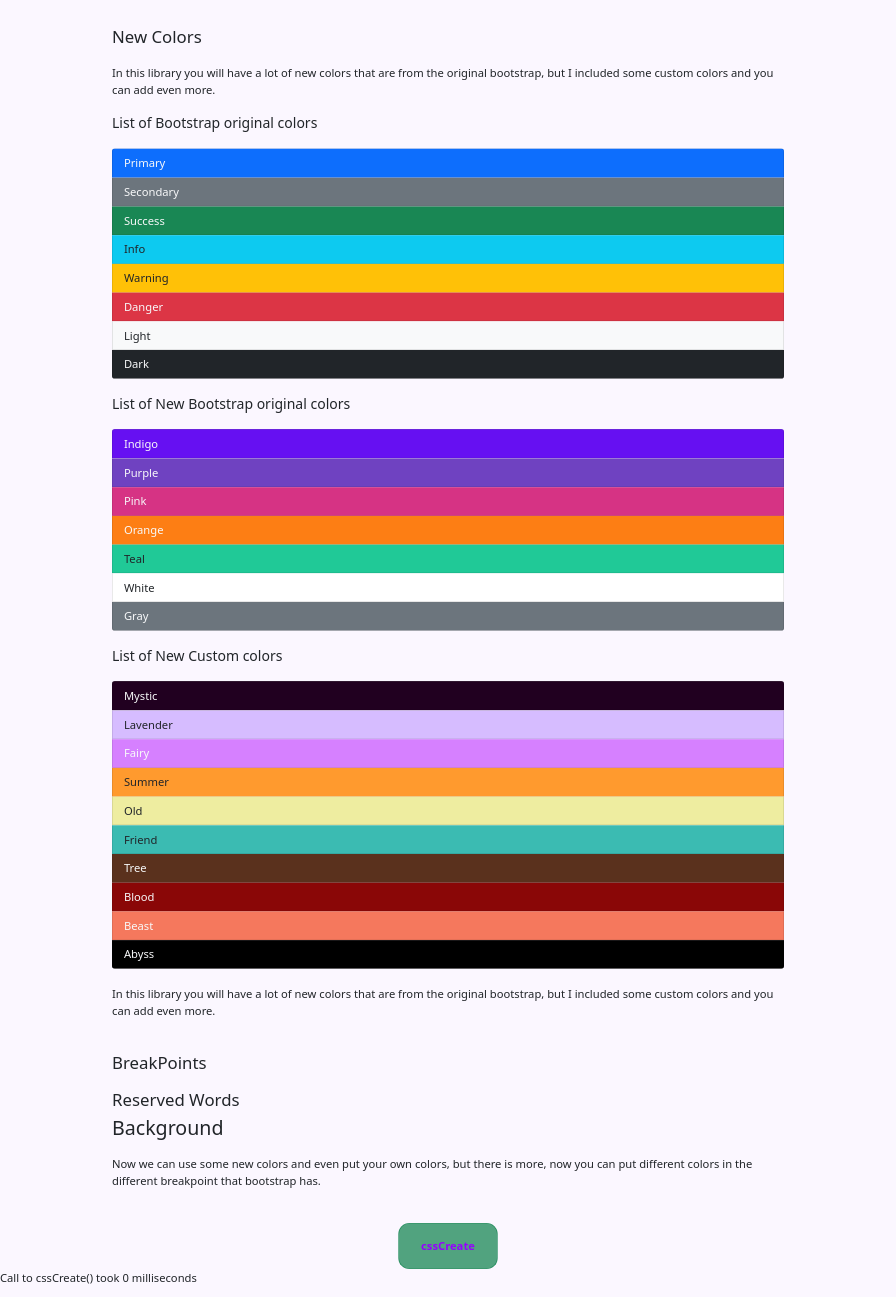
Repository: LynxPardelle/bootstrap-expanded-features
Page: index.html
The author's editor kept a copy of each file at every save. The page is drawn from the files as they stood at one save, then again after the next save.
The browser window is 1280 px wide. The pictures show the part of the page from y = 2060 to 3980 px (the page is 3913 px tall before and 3980 px after), at 70% of full size.

Above is the page before, as saved 2022-01-02 06:12:03.

After the next save:
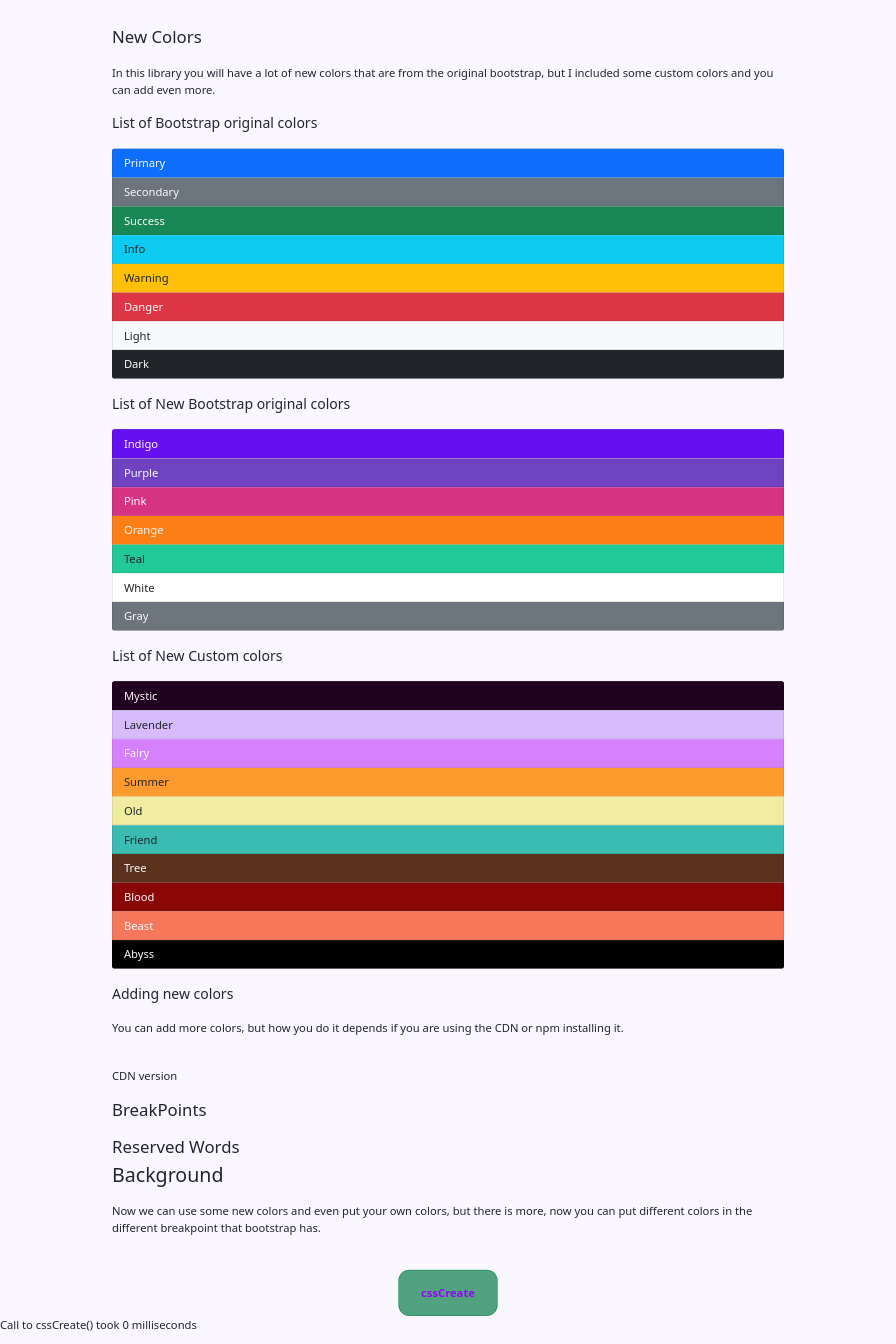
Saved 2 min 5 s later.
--- a/index.html
+++ b/index.html
@@ -369,11 +369,14 @@
               <li class="list-group-item text-light bef bef-bg-beast">Beast</li>
               <li class="list-group-item text-light bef bef-bg-abyss">Abyss</li>
             </ul>
+            <h5 class="my-4">Adding new colors</h5>
             <p class="mt-4 mb-5 text-start bef bef-link-futurePop">
-              In this library you will have a lot of new colors that are from
-              the original bootstrap, but I included some custom colors and you
-              can add even more.
-            </p>
+              You can add more colors, but how you do it depends if you are
+              using the CDN or npm installing it.
+            </p>
+
+            <h6>CDN version</h6>
+
 
             <!-- BREAKPOINTSBASICHTU -->
             <a id="bpsBasicHTU"></a>
